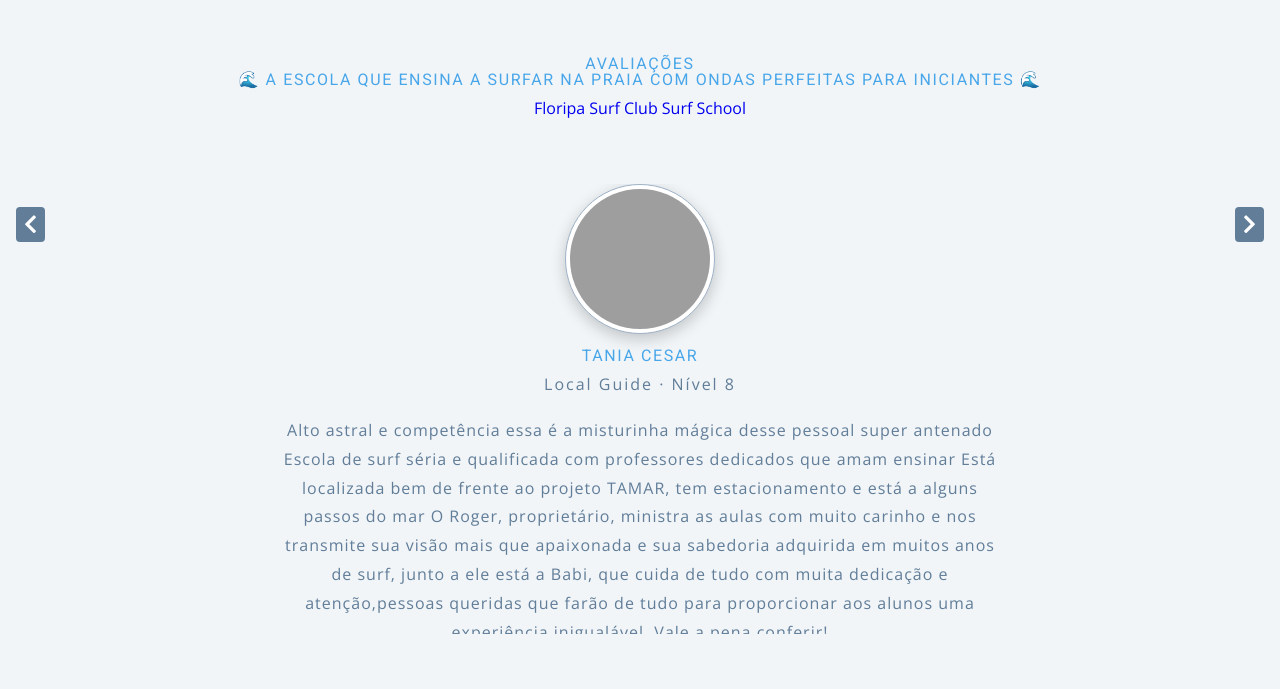
Repository: araguaci/floripasurfclub-reviews
Page: index.html
These files come from the project's save history. The page is drawn as it stood at one moment and after the next save; the edit follows.
The browser window is 1280 px wide. The pictures show the whole page.
Pictures or frames that could not be fetched are drawn as grey boxes. Some web libraries are served in a nearby version.

Above is the page before, as saved 2021-08-23 20:47:15.

After the next save:
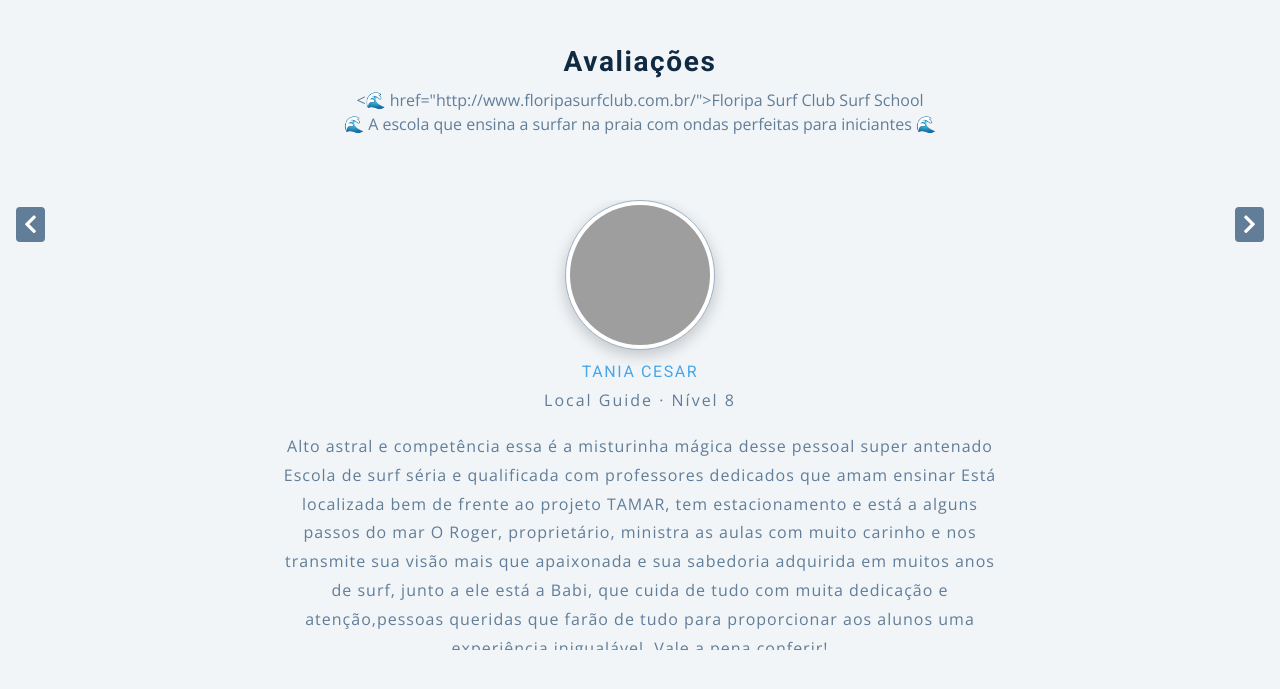
Saved 47 s later.
--- a/index.html
+++ b/index.html
@@ -33,8 +33,8 @@
   <body>
     <section class="slider">
       <div class="reviews">
-        <h4>Avaliações<br/>🌊 A escola que ensina a surfar na praia com ondas perfeitas para iniciantes 🌊</h4>
-        <p><a href="http://www.floripasurfclub.com.br/">Floripa Surf Club Surf School</p>
+        <h3>Avaliações</h3>
+        <p><🌊 href="http://www.floripasurfclub.com.br/">Floripa Surf Club Surf School<br />🌊 A escola que ensina a surfar na praia com ondas perfeitas para iniciantes 🌊</a></p>
       </div>
       <div class="slide-container">
         <!-- <article class="slide">
